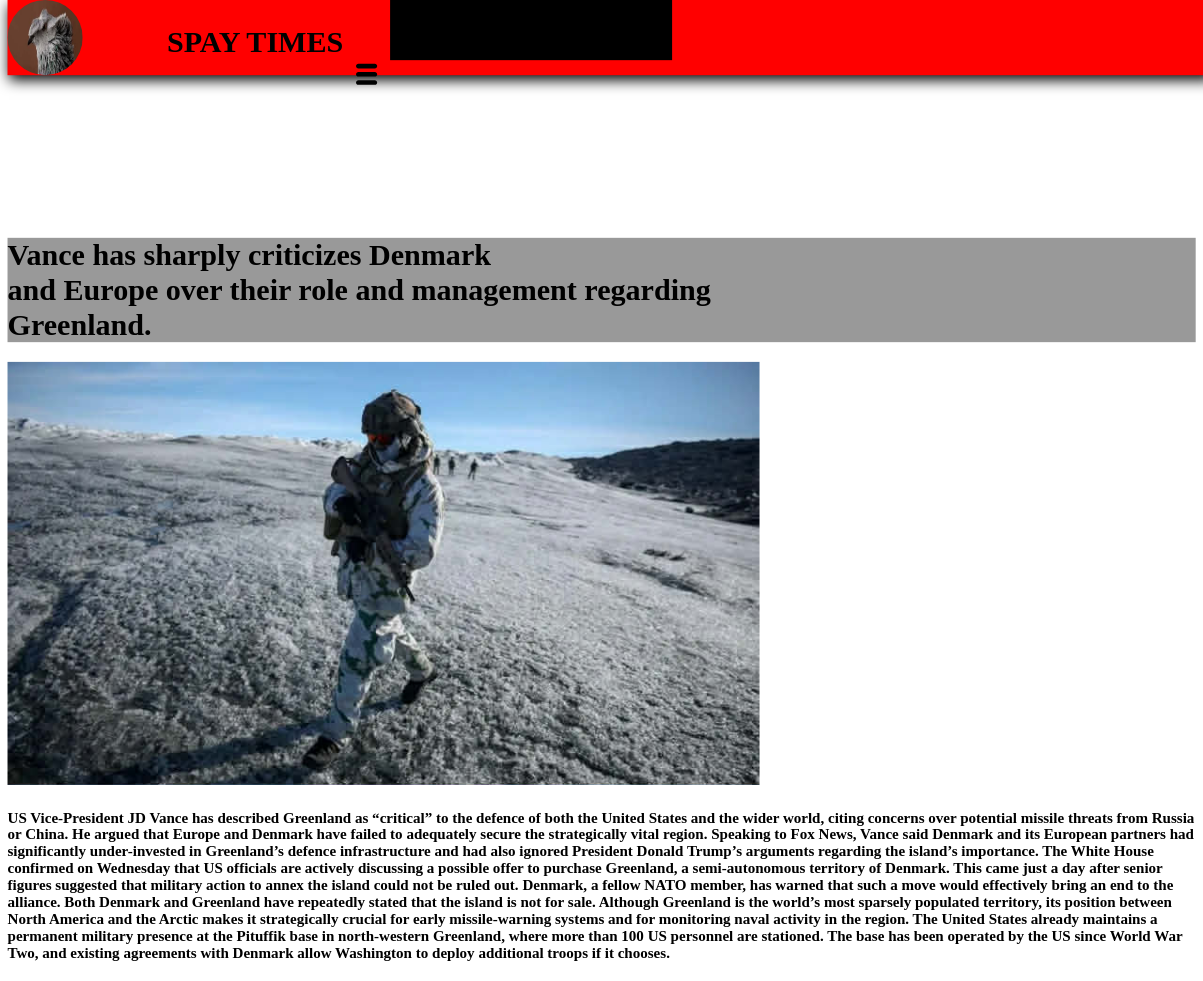
Repository: ridhukhan/spytimes
Page: /, after clicking the first element matching `svg`
The author's editor kept a copy of each file at every save. The page is drawn from the files as they stood at one save, then again after the next save.
The browser window is 1280 px wide. The pictures show the whole page, at 94% of full size.
The project was rebuilt for these pictures with package versions that can differ from the ones it lists, and the page was loaded fresh each time. Also part of the build but not shown: vite.config.js.

Above is the page before, as saved 2026-01-09 22:16:09.

### index.html
<!doctype html>
<html lang="en">
  <head>
    <meta charset="UTF-8" />
    <link rel="icon" type="image/svg+xml" href="/vite.svg" />
    <meta name="viewport" content="width=device-width, initial-scale=1.0" />
    <title>spytimes</title>
  </head>
  <body>
    <div id="root"></div>
    <script type="module" src="/src/main.jsx"></script>
  </body>
</html>

### src/main.jsx
import { StrictMode } from 'react'
import {BrowserRouter} from "react-router-dom"

import { createRoot } from 'react-dom/client'
import './index.css'
import App from './App.jsx'
createRoot(document.getElementById('root')).render(
  <StrictMode>
    <BrowserRouter>
    <App />
    </BrowserRouter>
  </StrictMode>,
)

### src/index.css
@media screen and (max-width:414px){
  *{
    width: 100%;
    padding:0;
margin: 0;
  }

  body{
width: 100%;
background-color: white;
color: black;
  }
}

### src/App.jsx
import { Route, Routes } from "react-router-dom"
import Navbar from "./nav/Navbar"
import Home from "./pages/home/Home"



function App() {

  return (
    <div>
   <Navbar/>
   <Routes>
    <Route path="/" element={<Home/>}/>
   </Routes>
    </div>
  )
}

export default App

### src/nav/Navbar.jsx
import React from 'react'
import { TiThMenu } from "react-icons/ti";
import logo from "../assets/download.jpeg"
import { useState } from 'react';
const Navbar = () => {
    const [openmenu,setOpenmenu]=useState(false)
  return (
    <div style={{position:"fixed",backgroundColor:"red",display:"flex",
    width:"100%", height:"80px", top:"0", zIndex:"1000", boxShadow:"2px 5px 14px black"}}>
<img src={logo} alt="logo" style={{width:"80px", height:"80px", borderRadius:"100%"}}/>
<h1 style={{marginTop:"2%", marginLeft:"7%",}}>SPAY TIMES</h1>
<TiThMenu  onClick={()=>setOpenmenu(!openmenu)}  style={{width:"50px",height:"30px", marginTop:"5%", }}/>

   {openmenu? <div style={{width:"300px",background:"black", height:"80%"}}>

   </div>: null}
    </div>
  )
}


export default Navbar

### src/pages/home/Home.jsx
import React from 'react'
import home1 from "../../assets/home1.jpeg"
const Home = () => {
  return (
    <div style={{marginTop:"20%"}}>


        <h1 style={{backgroundColor:"#999"}}>Vance has sharply criticizes Denmark <br /> and Europe over their role and management regarding <br /> Greenland.</h1>

        <img src={home1} alt="home1" />
       <h4>
        US Vice-President JD Vance has described Greenland as “critical” to the defence of both the United States and the wider world, citing concerns over potential missile threats from Russia or China. He argued that Europe and Denmark have failed to adequately secure the strategically vital region.

Speaking to Fox News, Vance said Denmark and its European partners had significantly under-invested in Greenland’s defence infrastructure and had also ignored President Donald Trump’s arguments regarding the island’s importance.

The White House confirmed on Wednesday that US officials are actively discussing a possible offer to purchase Greenland, a semi-autonomous territory of Denmark. This came just a day after senior figures suggested that military action to annex the island could not be ruled out.

Denmark, a fellow NATO member, has warned that such a move would effectively bring an end to the alliance. Both Denmark and Greenland have repeatedly stated that the island is not for sale.

Although Greenland is the world’s most sparsely populated territory, its position between North America and the Arctic makes it strategically crucial for early missile-warning systems and for monitoring naval activity in the region.

The United States already maintains a permanent military presence at the Pituffik base in north-western Greenland, where more than 100 US personnel are stationed. The base has been operated by the US since World War Two, and existing agreements with Denmark allow Washington to deploy additional troops if it chooses.
       </h4>

    </div>
  )
}

export default Home

After the next save:
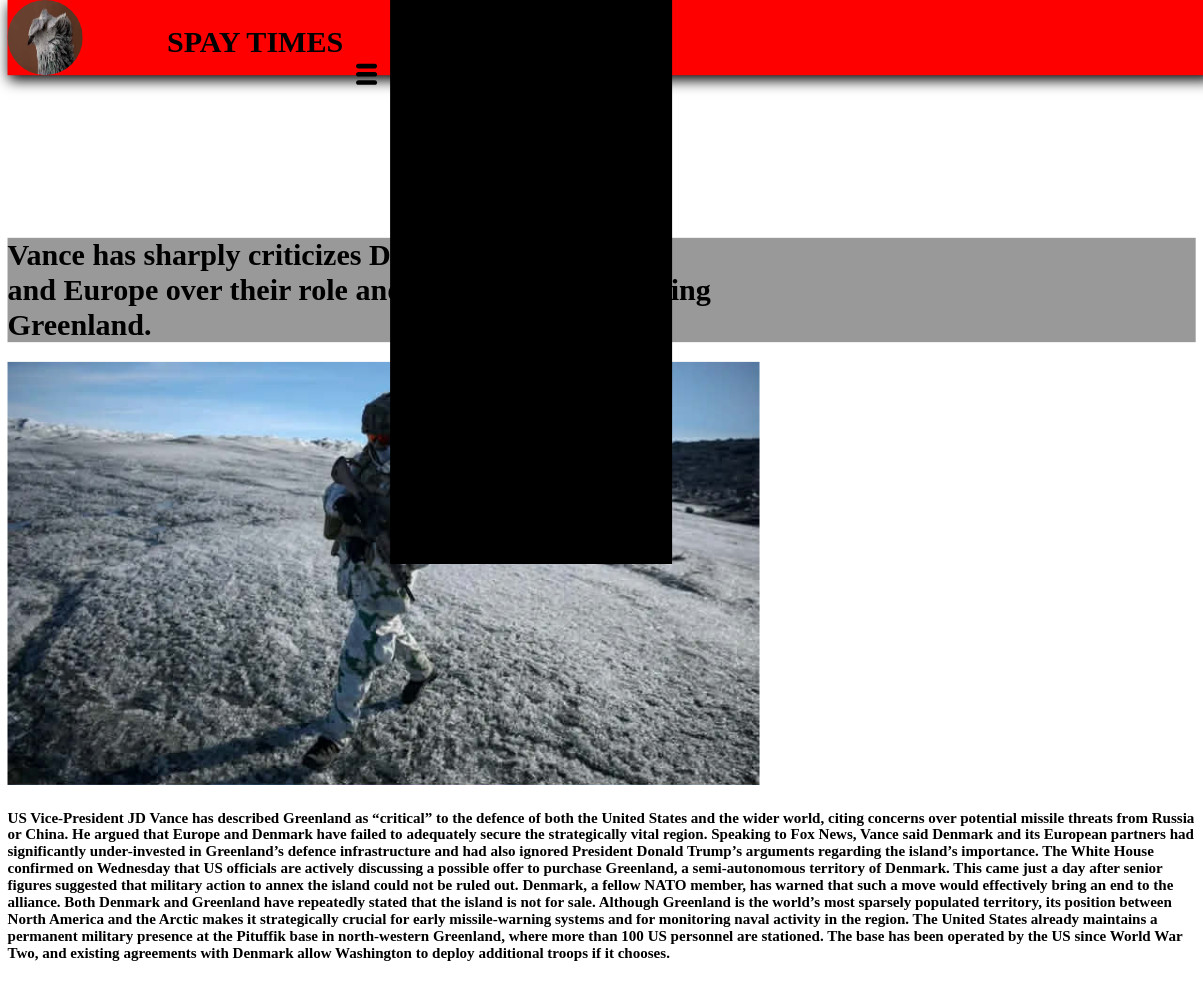
Saved 21 s later.
--- a/src/nav/Navbar.jsx
+++ b/src/nav/Navbar.jsx
@@ -11,7 +11,7 @@
 <h1 style={{marginTop:"2%", marginLeft:"7%",}}>SPAY TIMES</h1>
 <TiThMenu  onClick={()=>setOpenmenu(!openmenu)}  style={{width:"50px",height:"30px", marginTop:"5%", }}/>
 
-   {openmenu? <div style={{width:"300px",background:"black", height:"80%"}}>
+   {openmenu? <div style={{width:"300px",background:"black", height:"600px"}}>
 
    </div>: null}
     </div>
